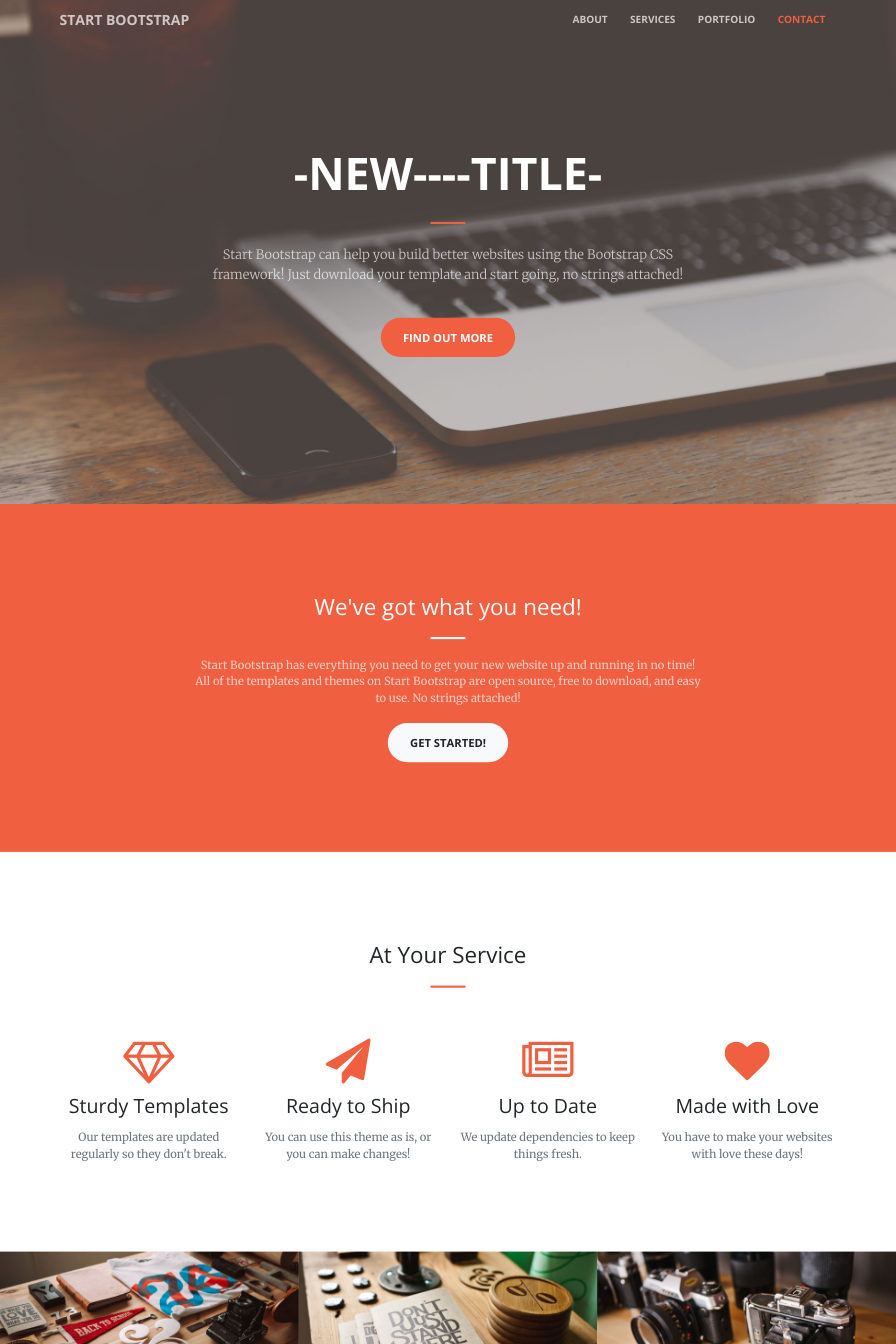
Repository: Julian-Escobar/Bootstrap
Page: index.html
The author's editor kept a copy of each file at every save. The page is drawn from the files as they stood at one save, then again after the next save.
The browser window is 1280 px wide. The pictures show the part of the page from y = 0 to 1920 px (the page is 3168 px tall), at 70% of full size.

Above is the page before, as saved 2018-08-06 19:51:33.

After the next save:
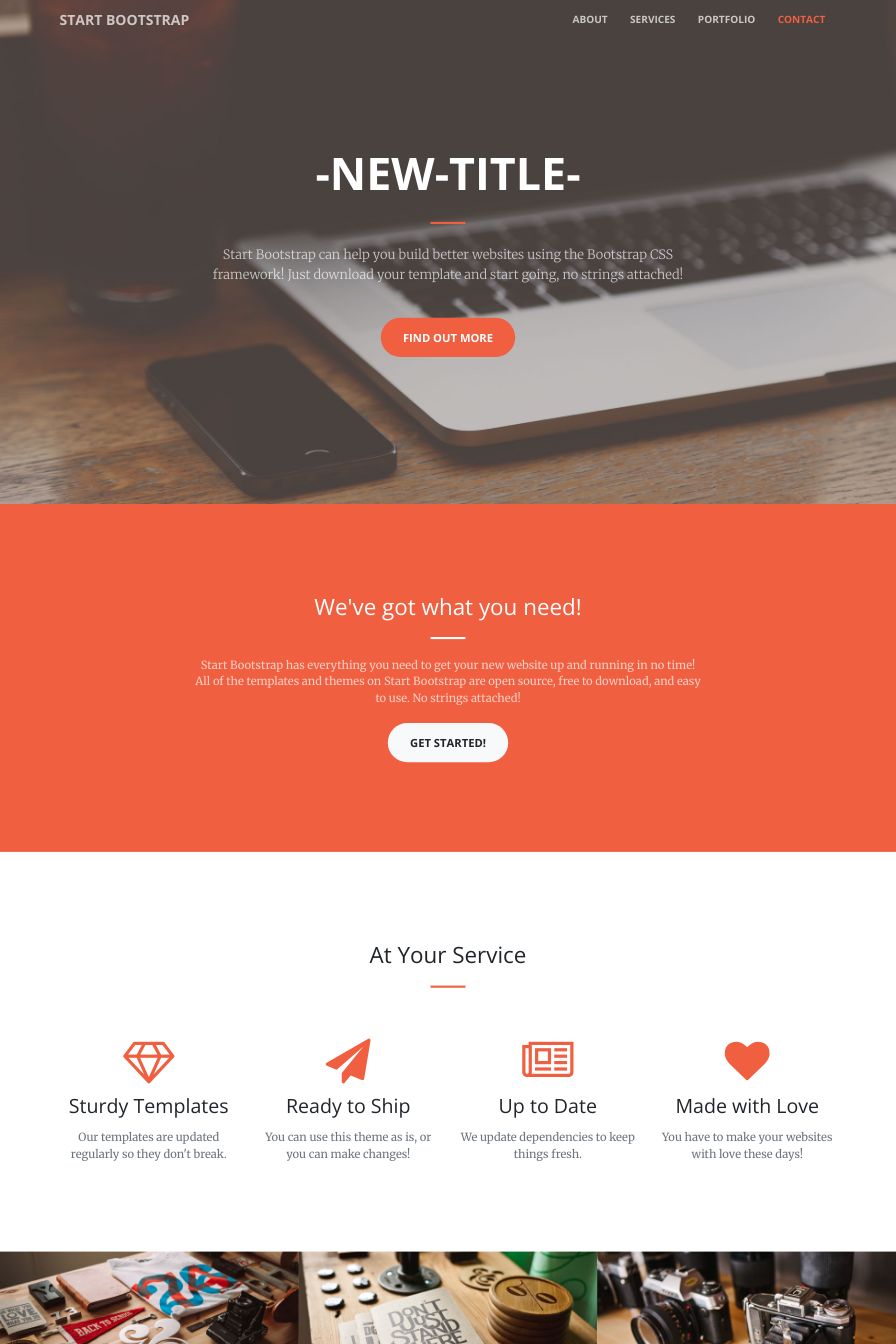
Saved 6 min 22 s later.
--- a/index.html
+++ b/index.html
@@ -59,12 +59,13 @@
         <div class="row">
           <div class="col-lg-10 mx-auto">
             <h1 class="text-uppercase">
-              <strong>-New----title-</strong>
+              <strong>-New-title-</strong>
             </h1>
             <hr>
           </div>
           <div class="col-lg-8 mx-auto">
-            <p class="text-faded mb-5">Start Bootstrap can help you build better websites using the Bootstrap CSS framework! Just download your template and start going, no strings attached!</p>
+            <p class="text-faded mb-5">Start Bootstrap can help you build better
+              websites using the Bootstrap CSS framework! Just download your template and start going, no strings attached!</p>
             <a class="btn btn-primary btn-xl js-scroll-trigger" href="#about">Find Out More</a>
           </div>
         </div>
